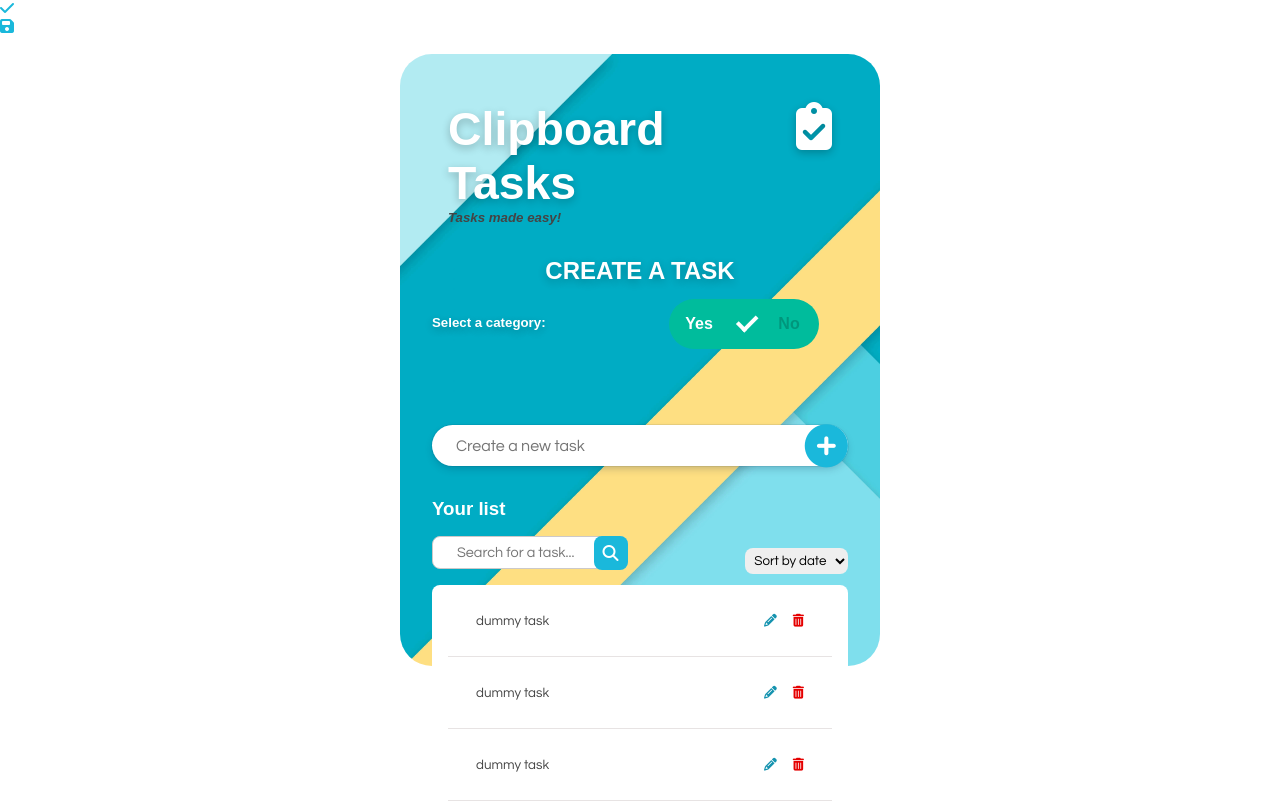
Repository: WesleyErasmus/Todo-App
Page: todoApp.html
The author's editor kept a copy of each file at every save. The page is drawn from the files as they stood at one save, then again after the next save.
The browser window is 1280 px wide. The pictures show the whole page.
Some web fonts or font styles are not loaded; a fallback is used. Some web libraries are served in a nearby version.

Above is the page before, as saved 2022-06-12 17:04:48.

### todoApp.html
<!DOCTYPE html>
<html lang="en">
<head>
    <meta charset="UTF-8">
    <meta http-equiv="X-UA-Compatible" content="IE=edge">
    <meta name="viewport" content="width=device-width, initial-scale=1.0">
    <title>Todo App</title>
    <script src="https://kit.fontawesome.com/81ea498f91.js" crossorigin="anonymous"></script>
    <link rel="stylesheet" href="/source/css/todoApp.css">
    <script src="/source/script/todoApp.js" defer></script>
</head>
<body>
    <!-- App wrapper -->
    <main class="app-wrapper">
        <!-- App header -->
        <header>
            <div>
            <h1 class="slogan">Clipboard Tasks</h1>
            <h5 class="slogan-2"><em>Tasks made easy!</em></h5>
            </div>
            <div id="jumbotron-logo"><i class="fa-solid fa-clipboard-check fa-3x"></i></div>
        </header>

        <h2 id="create-task-heading">CREATE A TASK</h2>

        <!-- Categories section -->
        <section>
        <form id="todo-list-form">
           <div class="test">

            <h5 class="category-heading">Select a category:</h5>

            <div class="toggle-radio">
                <input type="radio" name="rdo" id="yes" checked>
                <input type="radio" name="rdo" id="no">
                <div class="switch">
                  <label for="yes">Yes</label>
                  <label for="no">No</label>
                  <span></span>
                </div>
              </div>

            </div>
            <!-- <div class="category-selectors"> -->
                <!-- Personal category (make to assign as default, unless user selects work category) -->
                <!-- <label id="personal-label-btn">
                    <input type="radio" name="category" value="Personal" id="personal-category" />
                    <div>Personal</div>
                </label> -->
                <!-- Work category -->
                <!-- <label id="work-label-btn">
                    <input type="radio" name="category" value="Work" id="work-category" />
                    <div>Work</div>
                </label>
            </div> -->
            <!-- End of radio categories div -->
            <div class="create-submit">
            <input type="text" name="create-task" id="create-task" placeholder="Create a new task" />
            <button id="task-submit-btn" type="submit" value="create-new-task">
                <i class="fa-solid fa-circle-plus"></i>
            </button>
        </div>
        </form>
        </section>

        <!-- Task list is created here, new tasks are outputted below -->
        <section class="todo-list-output">
            <div id="list-header">
            <h3>Your list</h3>
            </div>
            <!-- SEARCH BAR -->
            <div id="search-filter-section">
                <form id="search-bar">
                <input type="text"
                id="search-bar"
                placeholder="Search for a task...">
                <button type="submit"><i class="fa fa-search"
                id="search-submit-btn"></i></button>
                </form>
                <!-- Classic filter dropdown -->
                <div>
                    <select name="filter" id="filter">
                    <option value="Date">Sort by date</option>
                    <option value="Name">Sort by title</option>
                    </select>
                    <!-- <i class="fa-solid fa-arrow-down-wide-short"></i> -->
                </div>

                </div>
            <!-- Actual task list output -->
            <div class="tasks" id="tasks">

                <div class="dummy-task">

                    <div class="task-name">
                        <input type="text"
                        class="text"
                        value="dummy task"
                        readonly>
                        <div class="edit-delete">
                            <button class="edit"><i class="fa-solid fa-pencil"></i></button>
                            <button class="delete"><i class="fa fa-trash" aria-hidden="true"></i></button>
                        </div>
                    </div>
                </div>

                <div class="dummy-task">

                    <div class="task-name">
                        <input type="text"
                        class="text"
                        value="dummy task"
                        readonly>
                        <div class="edit-delete">
                            <button class="edit"><i class="fa-solid fa-pencil"></i></button>
                            <button class="delete"><i class="fa fa-trash" aria-hidden="true"></i></button>
                        </div>
                    </div>
                </div>

                <div class="dummy-task">

                    <div class="task-name">
                        <input type="text"
                        class="text"
                        value="dummy task"
                        readonly>
                        <div class="edit-delete">
                            <button class="edit"><i class="fa-solid fa-pencil"></i></button>
                            <button class="delete"><i class="fa fa-trash" aria-hidden="true"></i></button>
                        </div>
                    </div>
                </div>

            </div>

        </section>

    </main> <!-- End of App wrapper -->
        <!-- Save icon and task complete icon -->
                <li><i class="fa-solid fa-check"></i></li>
                <li><i class="fa-solid fa-floppy-disk"></i></li>

</body>
</html>

### source/css/todoApp.css
@import url('https://fonts.googleapis.com/css2?family=Lexend+Tera:wght@100&family=Questrial&display=swap');


/* CSS Variables */
:root {
    --background-color: #fff;
    --primary: #1AB8DB;
    --secondary: #1593AF;
    --delete: #E50000;
    --grey: #ccc9c9;
    --dark-grey: #444444;

    --text-shadows: text-shadow: rgba(0, 0, 0, 0.24) 0px 3px 8px;
    --box-shadows: box-shadow: rgba(9, 30, 66, 0.25) 0px 4px 8px -2px, rgba(9, 30, 66, 0.08) 0px 0px 0px 1px;

    /* add linear gradients */
}

/* Universal selector styling */
* {
    box-sizing: border-box;
    margin: 0;
    padding: 0;
    font-family: 'Lexend Tera', sans-serif;
    list-style: none;
}

/* Below will remove input and checkbox default styling */
input:not([type="radio"]):not([type="checkbox"]), button {
	appearance: none;
	border: none;
	outline: none;
	background: none;
	cursor: initial;
}

/* *** UNIVERSAL BUTTON STYLING *** */
button {
	appearance: none;
	border: none;
	outline: none;
	background: none;
	cursor: initial;
    cursor: pointer;
}

body {
    background-color: var(--background-color);
    color: var(--primary);
}

main {
    padding-top: 2rem;
    background-color: var(--secondary);
    background-image: url(/images/bg-1.jpg);
    background-size: cover;
    background-position: center;
    background-repeat: no-repeat;
    border-radius: 2rem;
    padding-left: 2rem;
    padding-right: 2rem;
    flex: 1 1 0%;
    align-items: center;
    justify-content: center;
    max-width: 480px;
    height: 85vh;
    width: 100%;
    position: absolute;
    top: 50%;
    left: 50%;
    margin-right: -50%;
    transform: translate(-50%, -50%)
}

section {
    margin-top: 1rem;
    margin-bottom: 2rem;
}

header {
    display: flex;
    justify-content: space-between;
    padding: 1rem;
    border-radius: 1rem;
    /* add gradient color to font and logo */
}
.slogan {
    color: #fff;
    font-family: 'Lexend Tera', sans-serif;
    font-size: 2.9rem;
    text-shadow: rgba(0, 0, 0, 0.24) 0px 3px 8px;
    /* -webkit-background-clip: text;
    -webkit-text-fill-color: transparent; */
}
.slogan-2 {
    color: #444444;
}

#jumbotron-logo {
    color: #fff;
    text-shadow: rgba(0, 0, 0, 0.24) 0px 3px 8px;
}
/* create task H3 styling*/
#create-task-heading {
    color: var(--background-color);
    margin-top: 1rem;
    text-align: center;
    text-shadow: rgba(0, 0, 0, 0.24) 0px 3px 8px;
}
/* Select category h2 styling */
.category-heading {
    color: var(--background-color);
    text-align: center;
    margin-bottom: 0.75rem;
    text-shadow: rgba(0, 0, 0, 0.24) 0px 3px 8px;
}

/* Work / personal category selector styling */
.category-selectors {
    display: grid;
    grid-template-columns: repeat(2, 1fr);
    grid-gap: 1rem;
    margin-bottom: 1rem;
}

label {
    font-family: 'Karla', sans-serif;
    font-weight: 590;
}

.category-selectors label{
    display: flex;
    flex-direction: column;
    justify-content: center;
    align-items: center;
    background-color: var(--primary);
    padding: 1rem 2rem;
    border-radius: 999999px;
    color: #fff;
    box-shadow: var(--box-shadows);
}

/* change the below id to #work-category-btn */
#work-label-btn {
    font-family: 'Karla', sans-serif;
    background-color: var(--grey);
}

#create-task {
    margin-top: 75px;
    font-family: 'Questrial', sans-serif;
	display: block;
	width: 100%;
	font-size: 1rem;
	padding: 0.79rem 1.5rem;
    padding-right: 0rem;
	color: var(--dark-grey);
	background-color: var(--background-color);
    box-shadow: rgba(9, 30, 66, 0.25) 0px 4px 8px -2px, rgba(9, 30, 66, 0.08) 0px 0px 0px 1px;
    border-radius: 9999px;

}

/* change to task add btn */
#task-submit-btn{
    position: absolute;
    display: block;
    right: 0rem;
    bottom: -0.5px;
    border: none;
    background-color: transparent;
    color: var(--primary);
}

.fa-circle-plus {
    font-size: 2.7rem;
}

/* add gradient color to fa-logo */

.create-submit {
    position: relative;
    display: flex;
    justify-content: center;
    align-items: center;
    text-align: center;
    margin-top: 0.5rem;
}

.create-task {
    text-align: center;
}

#list-header {
width: 80%;
display: flex;
justify-content: space-between;
margin-bottom: 1rem;
color: #fff;
}

#search-filter-section {
    display: flex;
    margin: 0 auto;
    justify-content: space-between;
    margin-top: 1rem;
    text-align: center;
    align-items: center;
}

#search-bar {
    position: relative;
    display: flex;
    justify-content: center;
    align-items: center;
    width: 47%;
}

#search-bar input{
    font-family: 'Questrial', sans-serif;
	display: block;
	width: 100%;
	font-size: 0.9rem;
	padding: 0.50rem 1.5rem;
    padding-right: 0rem;
	color: var(--dark-grey);
	background-color: var(--background-color);
    border: 0.1px solid var(--grey);
    border-radius: 0.5rem;
    margin-bottom: 1rem;
}

#search-submit-btn {
    position: absolute;
    display: block;
    right: 0rem;
    top: 0;
    background-color: var(--primary);
    border-top-left-radius: 0.5rem;
    border-bottom-left-radius: 0.5rem;
    border-top-right-radius: 0.5rem;
    border-bottom-right-radius: 0.5rem;
    padding: 0.56rem;
    color: #fff;
}

/* Font-awesome search icon styling */
.fa-search {
    font-size: 1rem;
    color: var(--primary);
}

/* Filter styling */
.filter {
    font-family: 'Questrial', sans-serif;
    font-size: 1.1rem;
    font-weight: 500;
    color: var(--secondary);
    text-shadow: var(--text-shadows);
}

.fa-arrow-down-wide-short {
    color: var(--primary);
}

select {
    margin-left: 0.3rem;
    padding: 0.3rem;
    border: none;
    outline: 0;
    /* border: 1px var(--grey) solid; */
    border-radius: 0.5rem;
    font-family: 'Questrial', sans-serif;
    box-shadow: var(--box-shadows);
}
option {
    font-family: 'Questrial', sans-serif;
}

#tasks {
    border-radius: 0.5rem;
    background-color: #fff;
}

#tasks .task-name {
    display: flex;
    justify-content: space-between;
    background-color: var(--background-color);
    padding: 1.75rem;
    background-color: #fff;
    margin-bottom: 0rem;
    margin: 0 1rem;
    border-bottom: 0.01px solid rgba(229, 225, 225, 0.919);
}

.dummy-task .task-name {
    flex: 1 1 0%;
}

.dummy-task .task-name .text {
    color: var(--dark-grey);
    font-family: 'Questrial', sans-serif;
    width: 100%;
    display: block;
    transition: 0.4s;
}

.dummy-task .edit-delete {
    display: flex;
    margin: 0 -0.5rem;

}

/* Edit button styling */

.fa-pencil {
    color: var(--secondary);
}

.fa-trash {
    color: var(--delete);
}

.dummy-task .edit-delete button {
    cursor: pointer;
    margin: 0 0.5rem;
    font-size: 0.8rem;
    font-weight: 700;
    text-transform: uppercase;
    transition: 0.4s;
}



/* CATEGORY TOGGLE */

.test {
    margin-top: 30px;
    display: flex;
    justify-content: space-between;
}

.toggle-radio {
    left: -25%;
    /* top: 20px; */
    position: relative;
}

.switch {
    position: absolute;
    top: 50%;
    left: 50%;
    width: 150px;
    height: 50px;
    text-align: center;
    margin: -30px 0 0 -75px;
    background: #00bc9c;
    transition: all 0.2s ease;
    border-radius: 25px;
  }
  .switch span {
    position: absolute;
    width: 20px;
    height: 4px;
    top: 50%;
    left: 50%;
    margin: -2px 0px 0px -4px;
    background: #fff;
    display: block;
    transform: rotate(-45deg);
    transition: all 0.2s ease;
  }
  .switch span:after {
    content: "";
    display: block;
    position: absolute;
    width: 4px;
    height: 12px;
    margin-top: -8px;
    background: #fff;
    transition: all 0.2s ease;
  }
  input[type=radio] {
    display: none;
  }
  .switch label {
    cursor: pointer;
    color: rgba(0,0,0,0.2);
    width: 60px;
    line-height: 50px;
    transition: all 0.2s ease;
  }
  label[for=yes] {
    position: absolute;
    left: 0px;
    height: 20px;
  }
  label[for=no] {
    position: absolute;
    right: 0px;
  }
  #no:checked ~ .switch {
    background: #eb4f37;
  }
  #no:checked ~ .switch span {
    background: #fff;
    margin-left: -8px;
  }
  #no:checked ~ .switch span:after {
    background: #fff;
    height: 20px;
    margin-top: -8px;
    margin-left: 8px;
  }
  #yes:checked ~ .switch label[for=yes] {
    color: #fff;
  }
  #no:checked ~ .switch label[for=no] {
    color: #fff;
  }

### source/script/todoApp.js
// *** FILTER BTN SCRIPT ***

/* When the user clicks on the button,
toggle between hiding and showing the dropdown content */
// function myFunction() {
//     document.getElementById("myDropdown").classList.toggle("show");
//   }

//   // Close the dropdown if the user clicks outside of it
//   window.onclick = function(event) {
//     if (!event.target.matches('.dropbtn')) {
//       var dropdowns = document.getElementsByClassName("dropdown-content");
//       var i;
//       for (i = 0; i < dropdowns.length; i++) {
//         var openDropdown = dropdowns[i];
//         if (openDropdown.classList.contains('show')) {
//           openDropdown.classList.remove('show');
//         }
//       }
//     }
//   }
//   *** END OF FILTER BUTTON ***

After the next save:
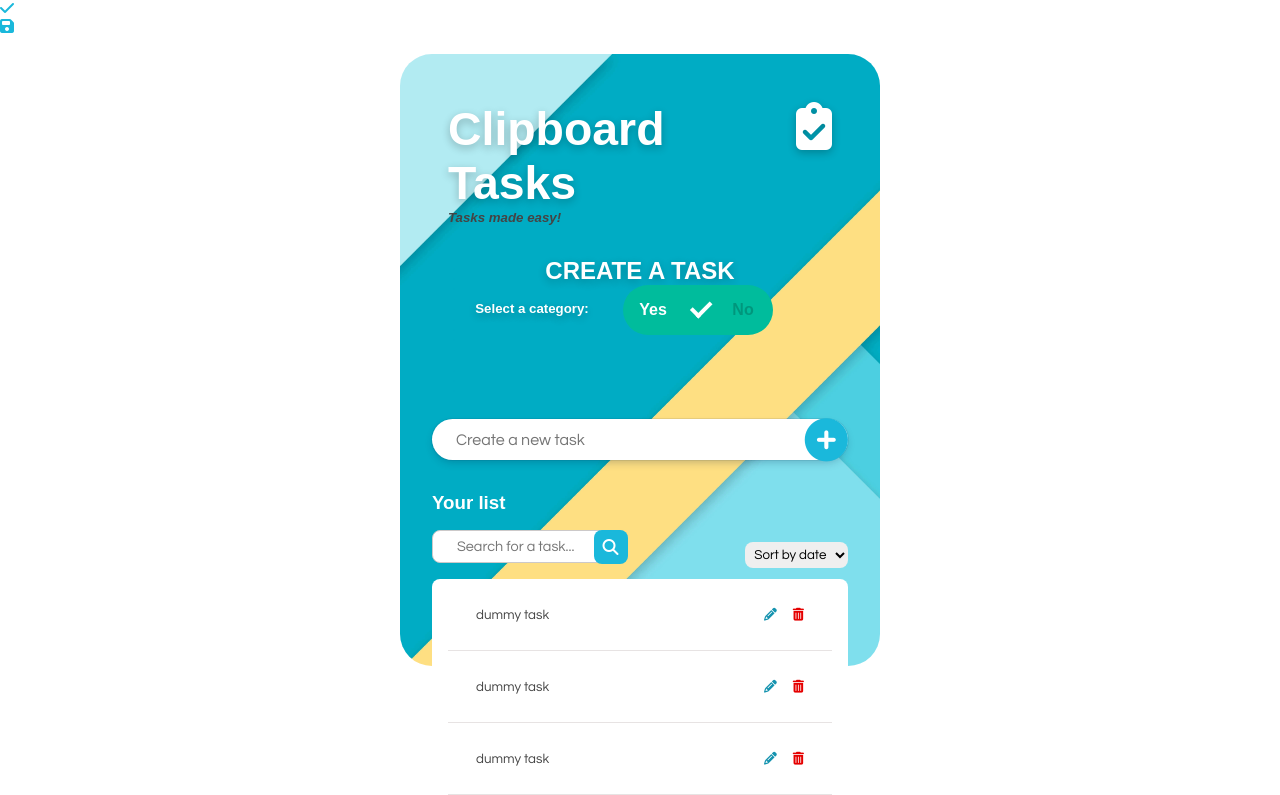
Saved 18 s later.
--- a/source/css/todoApp.css
+++ b/source/css/todoApp.css
@@ -335,9 +335,13 @@ option {
 /* CATEGORY TOGGLE */
 
 .test {
-    margin-top: 30px;
-    display: flex;
-    justify-content: space-between;
+    display: grid;
+    grid-template-columns: repeat(2, 1fr);
+    grid-gap: 1rem;
+    margin-bottom: 1rem;
+    /* margin-top: 30px;
+    display: flex;
+    justify-content: space-between; */
 }
 
 .toggle-radio {
